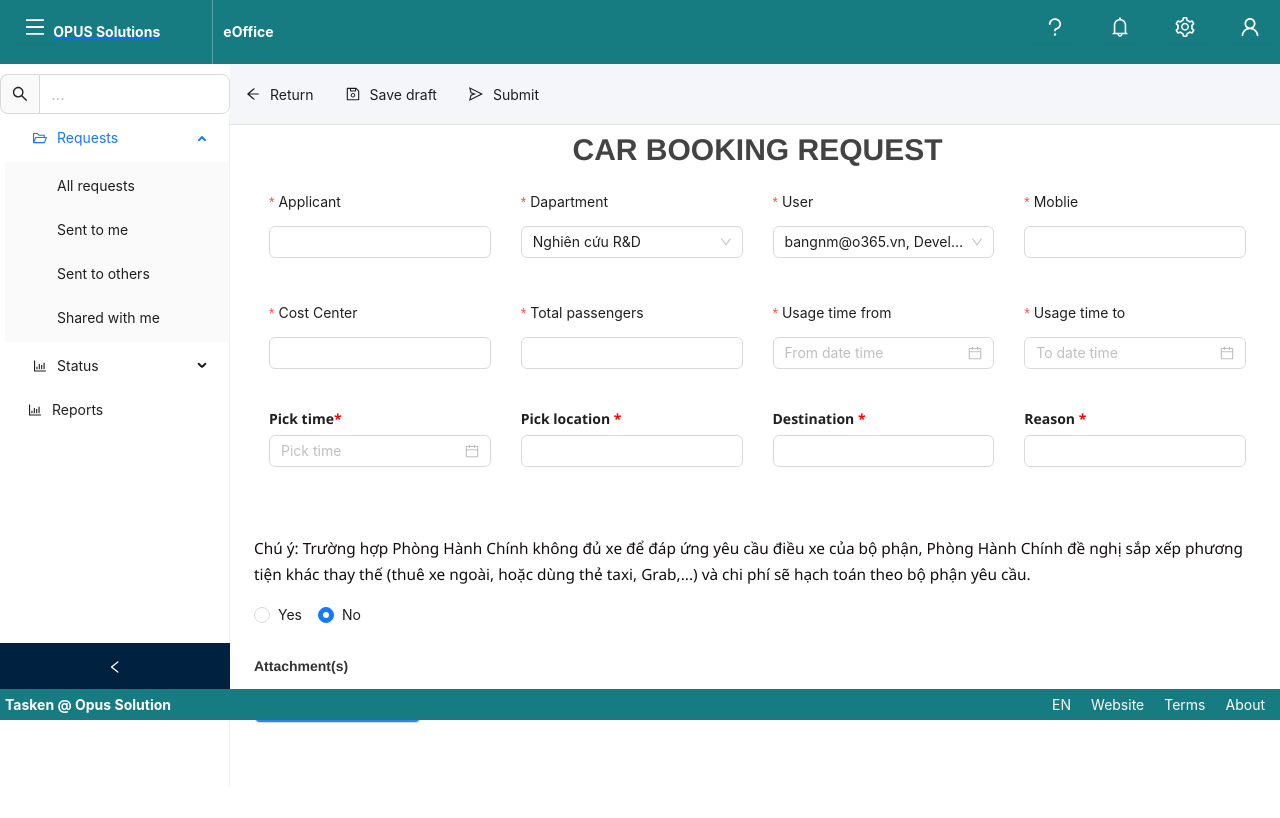
Repository: vannam272008/car-booking
Page: /request/addrequest
The author's editor kept a copy of each file at every save. The page is drawn from the files as they stood at one save, then again after the next save.
The browser window is 1280 px wide. The pictures show the whole page.
The project was rebuilt for these pictures with package versions that can differ from the ones it lists, and the page was loaded fresh each time. Also part of the build but not shown: src/Components/DetailRequest/Comments/comment.tsx, src/Components/DetailRequest/Menu/menu.tsx, src/Components/DetailRequest/Detail/detail.tsx, src/Pages/ManageRequest/index.css, src/Pages/ManageRequest/ManageRequest.tsx, src/Components/AddRequest/AddRequest/addRequest.css. Imported but missing from the stored project, and not drawn on this page: src/Pages/Home.

Above is the page before, as saved 2023-07-06 17:29:42.

After the next save:
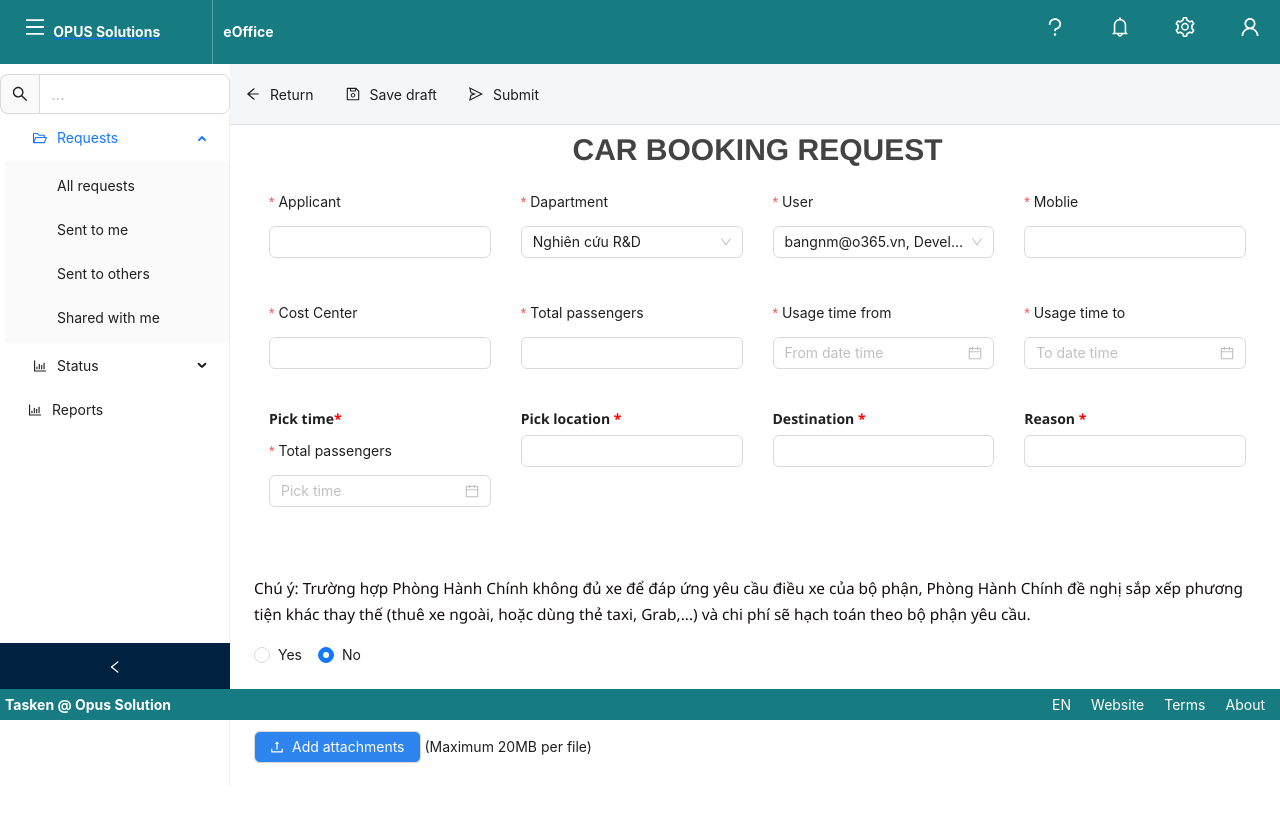
Saved 17 s later.
--- a/src/Components/AddRequest/AddRequest/index.tsx
+++ b/src/Components/AddRequest/AddRequest/index.tsx
@@ -163,7 +163,16 @@ function AddRequest(): JSX.Element {
                                     <Row className='row-request'>
                                         <Col span={6} className='col-request'>
                                             <label>Pick time<span className='required'>*</span></label>
-                                            <Form.Item>
+                                            <Form.Item
+                                                label="Total passengers"
+                                                name="Totalpassengers"
+                                                rules={[
+                                                    {
+                                                        required: true,
+                                                    },
+                                                ]}
+                                                labelCol={{ span: 24 }}
+                                            >
                                                 <DatePicker placeholder='Pick time' style={{ width: '100%' }} />
                                             </Form.Item>
                                         </Col>
